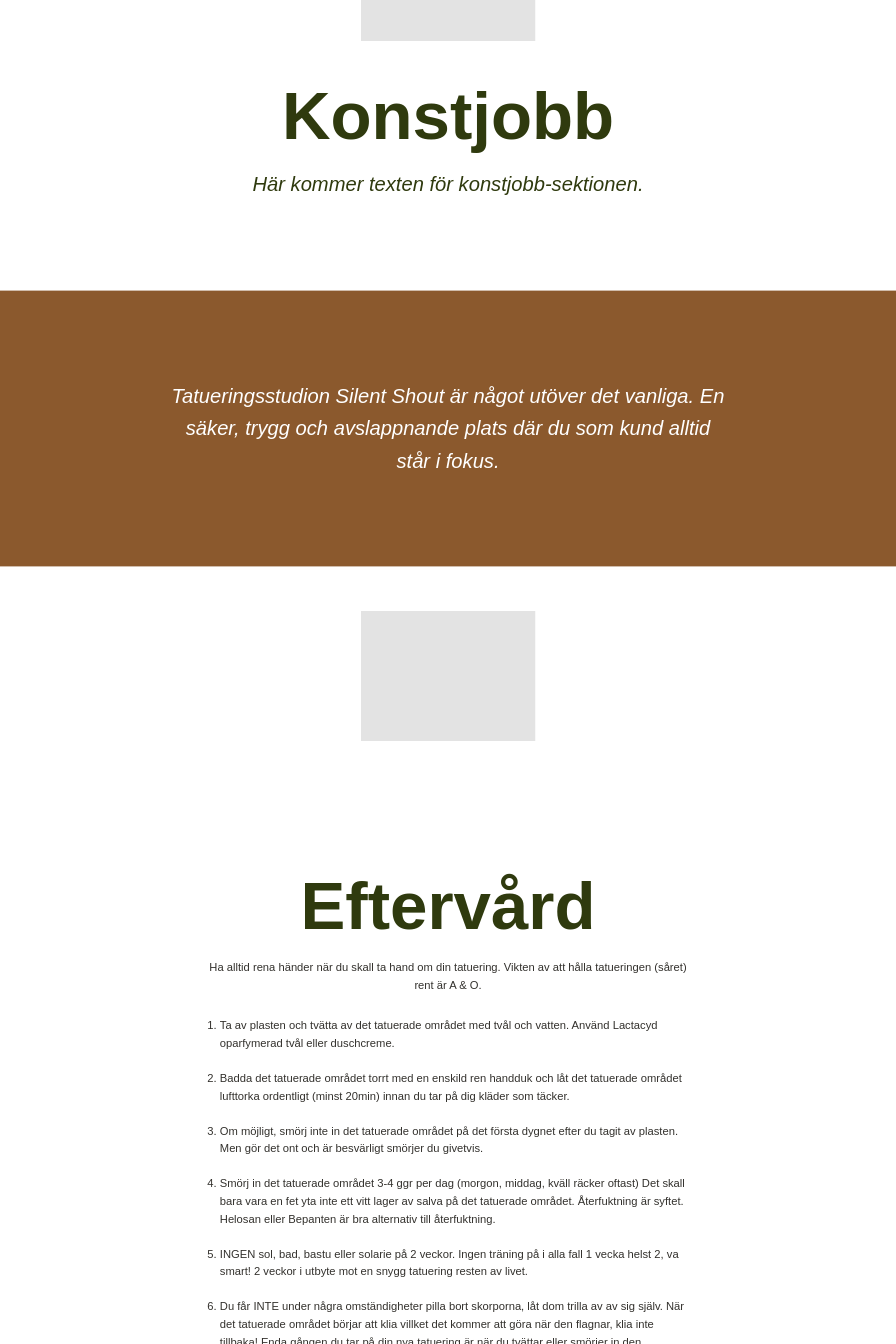
Repository: public-websites/silentshouttattoose
Page: index.html
The author's editor kept a copy of each file at every save. The page is drawn from the files as they stood at one save, then again after a run of saves.
The browser window is 1280 px wide. The pictures show the part of the page from y = 2223 to 4143 px (the page is 8019 px tall before and 8040 px after), at 70% of full size.
Pictures or frames that could not be fetched are drawn as grey boxes. Some web fonts or font styles are not loaded; a fallback is used.

Above is the page before, as saved 2025-08-26 20:17:19.

### index.html
<!DOCTYPE html>
<html lang="sv">
<head>
    <meta charset="UTF-8">
    <meta name="viewport" content="width=device-width, initial-scale=1.0">
    <title>Silent Shout - Den omtänksamma studion</title>
    <meta name="description" content="Tatuerare & konstnär baserad i Alingsås">
    <meta name="theme-color" content="#77772F">
    <meta name="apple-mobile-web-app-status-bar-style" content="black-translucent">

    <!-- Favicon -->
    <link rel="icon" type="image/svg+xml" href="favicon.svg">
    <link rel="icon" type="image/svg+xml" sizes="16x16" href="favicon-16x16.svg">
    <link rel="apple-touch-icon" href="favicon.svg">

    <!-- Fonts -->
    <link rel="preconnect" href="https://fonts.gstatic.com">
    <link rel="preload" href="https://fonts.googleapis.com/css?family=Open+Sans:400,700&display=swap" as="style" type="text/css" crossorigin>
    <link href="https://fonts.googleapis.com/css2?family=Reenie+Beanie&display=swap" rel="stylesheet">

    <!-- Styles -->
    <link rel="stylesheet" href="styles.css">
</head>
<body>
    <!-- Header -->
    <header class="social-header">
        <div class="container">
            <div class="social-icons">
                <a href="https://www.instagram.com/kjell_karamell?igsh=bGJsNGU3dXVlajFx" target="_blank" class="social-icon" aria-label="Instagram">
                    <svg viewBox="0 0 24 24" fill="currentColor">
                        <path d="M12 2.163c3.204 0 3.584.012 4.85.07 3.252.148 4.771 1.691 4.919 4.919.058 1.265.069 1.645.069 4.849 0 3.205-.012 3.584-.069 4.849-.149 3.225-1.664 4.771-4.919 4.919-1.266.058-1.644.07-4.85.07-3.204 0-3.584-.012-4.849-.07-3.26-.149-4.771-1.699-4.919-4.92-.058-1.265-.07-1.644-.07-4.849 0-3.204.013-3.583.07-4.849.149-3.227 1.664-4.771 4.919-4.919 1.266-.057 1.645-.069 4.849-.069zm0-2.163c-3.259 0-3.667.014-4.947.072-4.358.2-6.78 2.618-6.98 6.98-.059 1.281-.073 1.689-.073 4.948 0 3.259.014 3.668.072 4.948.2 4.358 2.618 6.78 6.98 6.98 1.281.058 1.689.072 4.948.072 3.259 0 3.668-.014 4.948-.072 4.354-.2 6.782-2.618 6.979-6.98.059-1.28.073-1.689.073-4.948 0-3.259-.014-3.667-.072-4.947-.196-4.354-2.617-6.78-6.979-6.98-1.281-.059-1.69-.073-4.949-.073zm0 5.838c-3.403 0-6.162 2.759-6.162 6.162s2.759 6.163 6.162 6.163 6.162-2.759 6.162-6.163c0-3.403-2.759-6.162-6.162-6.162zm0 10.162c-2.209 0-4-1.79-4-4 0-2.209 1.791-4 4-4s4 1.791 4 4c0 2.21-1.791 4-4 4zm6.406-11.845c-.796 0-1.441.645-1.441 1.44s.645 1.44 1.441 1.44c.795 0 1.439-.645 1.439-1.44s-.644-1.44-1.439-1.44z"/>
                    </svg>
                </a>
                <a href="https://www.facebook.com/share/1YnnBbFjPi/" target="_blank" class="social-icon" aria-label="Facebook">
                    <svg viewBox="0 0 24 24" fill="currentColor">
                        <path d="M24 12.073c0-6.627-5.373-12-12-12s-12 5.373-12 12c0 5.99 4.388 10.954 10.125 11.854v-8.385H7.078v-3.47h3.047V9.43c0-3.007 1.792-4.669 4.533-4.669 1.312 0 2.686.235 2.686.235v2.953H15.83c-1.491 0-1.956.925-1.956 1.874v2.25h3.328l-.532 3.47h-2.796v8.385C19.612 23.027 24 18.062 24 12.073z"/>
                    </svg>
                </a>
                <a href="mailto:silentshouttattoo@gmail.com" class="social-icon" aria-label="Email">
                    <svg viewBox="0 0 24 24" fill="currentColor">
                        <path d="M20 4H4c-1.1 0-1.99.9-1.99 2L2 18c0 1.1.9 2 2 2h16c1.1 0 2-.9 2-2V6c0-1.1-.9-2-2-2zm0 4l-8 5-8-5V6l8 5 8-5v2z"/>
                    </svg>
                </a>
            </div>
            <div class="cta-buttons">
                <a href="#boka-tid" class="cta-header-button">Boka tid konst</a>
                <a href="#boka-tid" class="cta-header-button active">Boka tid tatuering</a>
            </div>
        </div>
    </header>

    <main>
        <!-- Hero Section -->
        <section class="hero">
            <div class="container">
                <div class="hero-text">
                    <h1 class="hero-welcome">Välkommen</h1>
                    <img src="silentshouttattoo-outline.svg" alt="Silent Shout Tattoo Logo" class="studio-logo">
                    <p class="studio-tagline">Affordable Quality Tattoos</p>
                    <p class="location">Tatuerare & konstnär baserad i Alingsås</p>
                    <a href="#boka-tid" class="cta-button">Skicka förfrågan</a>
                </div>
            </div>
        </section>

        <!-- Story Section -->
        <section class="story-section">
            <div class="container">
                <div class="story-content fade-in">
                    <p class="story-text">
                        Tatueringsstudion Silent Shout är något utöver det vanliga. En säker, trygg och avslappnande plats där du som kund alltid står i fokus.
                    </p>
                    <p class="story-text">
                        Här hittar ni tatueraren och konstnären Kjell Saxberg, kanske mer bekant som "kjell_karamell" en tatuerare med rötterna i den "gamla skolan" där konstnärlig mångsidighet var ett krav för att få ta plats i branschen.
                    </p>
                    <p class="story-text">
                        Kjell har tatuerat professionellt sedan 2012.
Med all den erfarenheten som han har samlat på sig under årens gång har han ett alldeles unikt sätt att se och röra sig inom tatueringskonstens värld.
                        Den 29e juni 2024 öppnades dörrarna till Silent Shout Tattoo som är belägen på Norra Strömgatan 13A i Alingsås.
                    </p>
                    <p class="story-highlight">
                        Varmt välkommen in till tatuering och dess trollbindande värld.
                        <br><br>
                        Medlem i SRT.
                    </p>

                    <!-- Certification Badge -->
                    <div class="certification-badge">
                        <a href="https://s-r-t.se/" target="_blank" aria-label="Sveriges Registrerade Tatuerare">
                            <img src="sveriges-registrerade-tatuerare-badge.jpg" alt="Sveriges Registrerade Tatuerare - Certifierad Tatuerare" class="certification-image">
                        </a>
                    </div>
                </div>
            </div>
        </section>

        <!-- Konstjobb Section -->
        <section class="large-text-section">
            <div class="animated-gif">
                <img src="https://media2.giphy.com/media/v1.Y2lkPTc5MGI3NjExbzJpbTR2cWllN2oxamhwMTZ6MjFmYzZ1czZ1b2Y0cXg3MmRrZDRkbiZlcD12MV9pbnRlcm5hbF9naWZfYnlfaWQmY3Q9Zw/3ohs7UJi7uqAcquQoM/giphy.gif" alt="Animated line drawing" />
            </div>
            <div class="container">
                <h2 class="large-text split fade-in">Konstjobb</h2>
                <p class="philosophy-text">
                    Här kommer texten för konstjobb-sektionen.
                </p>
            </div>
        </section>

        <!-- Philosophy Section -->
        <section class="philosophy-section">
            <div class="container">
                <h3 class="philosophy-text fade-in">
                    Tatueringsstudion Silent Shout är något utöver det vanliga. En säker, trygg och avslappnande plats där du som kund alltid står i fokus.
                </h3>
            </div>
        </section>

        <!-- Animated GIF -->
        <div class="animated-gif">
            <img src="https://media1.giphy.com/media/v1.Y2lkPTc5MGI3NjExb3oyNzAwYWVybXM2d2RmM2xxcXA2eDIxanVuOTFydTJiaXpoYngzOSZlcD12MV9pbnRlcm5hbF9naWZfYnlfaWQmY3Q9Zw/7rZOPP0VYSgWdVHQiv/giphy.gif" alt="Animated line drawing 1" />
        </div>

        <!-- Eftervård Section -->
        <section class="large-text-section">
            <div class="container">
                <h2 class="large-text split fade-in">Eftervård</h2>
                <div class="aftercare-content fade-in">
                    <p class="philosophy-text">
                        Ha alltid rena händer när du skall ta hand om din tatuering. Vikten av att hålla tatueringen (såret) rent är A & O.
                    </p>

                    <ol class="aftercare-list">
                        <li>Ta av plasten och tvätta av det tatuerade området med tvål och vatten. Använd Lactacyd oparfymerad tvål eller duschcreme.</li>
                        <li>Badda det tatuerade området torrt med en enskild ren handduk och låt det tatuerade området lufttorka ordentligt (minst 20min) innan du tar på dig kläder som täcker.</li>
                        <li>Om möjligt, smörj inte in det tatuerade området på det första dygnet efter du tagit av plasten. Men gör det ont och är besvärligt smörjer du givetvis.</li>
                        <li>Smörj in det tatuerade området 3-4 ggr per dag (morgon, middag, kväll räcker oftast) Det skall bara vara en fet yta inte ett vitt lager av salva på det tatuerade området. Återfuktning är syftet. Helosan eller Bepanten är bra alternativ till återfuktning.</li>
                        <li>INGEN sol, bad, bastu eller solarie på 2 veckor. Ingen träning på i alla fall 1 vecka helst 2, va smart! 2 veckor i utbyte mot en snygg tatuering resten av livet.</li>
                        <li>Du får INTE under några omständigheter pilla bort skorporna, låt dom trilla av av sig själv. När det tatuerade området börjar att klia villket det kommer att göra när den flagnar, klia inte tillbaka! Enda gången du tar på din nya tatuering är när du tvättar eller smörjer in den.</li>
                    </ol>

                    <p class="philosophy-text">
                        Tänk alltid rent när du skall ta hand om din nya tatuering. Rena kläder, sängkläder och handduk, ny tvål och hudkräm. Undvik parfym på eller i närheten av tatueringen. Om tatueringen skulle bli infekterad sök vård.
                    </p>
                </div>
            </div>

            <!-- Additional GIF Elements -->
            <div class="animated-gif">
                <img src="https://media1.giphy.com/media/v1.Y2lkPTc5MGI3NjExb3oyNzAwYWVybXM2d2RmM2xxcXA2eDIxanVuOTFydTJiaXpoYngzOSZlcD12MV9pbnRlcm5hbF9naWZfYnlfaWQmY3Q9Zw/7rZOPP0VYSgWdVHQiv/giphy.gif" alt="Animated line drawing 2" />
            </div>
            <div class="animated-gif">
                <img src="https://media1.giphy.com/media/v1.Y2lkPTc5MGI3NjExb3oyNzAwYWVybXM2d2RmM2xxcXA2eDIxanVuOTFydTJiaXpoYngzOSZlcD12MV9pbnRlcm5hbF9naWZfYnlfaWQmY3Q9Zw/7rZOPP0VYSgWdVHQiv/giphy.gif" alt="Animated line drawing 3" />
            </div>
        </section>

        <!-- Booking Section -->
        <section class="booking-section" id="booking">
            <div class="container">
                <h2 class="booking-title fade-in">Boka tid</h2>
                <div class="form-container fade-in">
                    <!-- Profile and Contact Info -->
                    <div class="profile-contact-row">
                        <div class="profile-image-wrapper">
                            <img src="profile.jpg" alt="Silent Shout Tattoo Artist" class="profile-image">
                        </div>
                        <div class="profile-contact-info">
                            <div class="contact-info-section">
                                <h4>Telefon</h4>
                                <p><a href="tel:0760620068">076-062 00 68</a></p>
                                <h4>E-post</h4>
                                <p><a href="mailto:silentshouttattoo@gmail.com">silentshouttattoo@gmail.com</a></p>
                                <h4>Instagram</h4>
                                <p><a href="https://www.instagram.com/kjell_karamell?igsh=bGJsNGU3dXVlajFx" target="_blank">@kjell_karamell</a></p>
                                <h4>Facebook</h4>
                                <p><a href="https://www.facebook.com/share/1YnnBbFjPi/" target="_blank">Silent Shout Tattoo</a></p>
                            </div>
                        </div>
                    </div>

                    <!-- Booking anchor for smooth navigation -->
                    <span id="boka-tid"></span>

                    <!-- Form Toggle Buttons -->
                    <div class="form-toggle">
                        <button class="toggle-btn active" data-form="custom">Snabbformulär</button>
                        <button class="toggle-btn" data-form="google">Detaljerat Formulär</button>
                    </div>

                    <!-- Custom Form -->
                    <form class="custom-form" id="contactForm" method="POST" action="/send-email">
                        <div class="form-intro">
                            <h3>Har du frågor eller vill du boka tid? Fyll i formuläret så kontaktar vi dig så fort vi kan.</h3>
                        </div>

                        <div class="form-fields">
                            <div class="form-row">
                                <div class="form-group">
                                    <input type="text" id="name" name="name" placeholder="Namn" required>
                                </div>
                                <div class="form-group">
                                    <input type="email" id="email" name="email" placeholder="E-post" required>
                                </div>
                            </div>
                            <div class="form-row">
                                <div class="form-group">
                                    <input type="tel" id="phone" name="phone" placeholder="Telefon" required>
                                </div>
                                <div class="form-group">
                                    <textarea id="message" name="message" rows="4" placeholder="Meddelande"></textarea>
                                </div>
                            </div>
                            <div class="checkbox-group">
                                <input type="checkbox" id="privacy" name="privacy" required>
                                <label for="privacy">
                                    Jag accepterar <a href="#" target="_blank">Hantering av personuppgifter</a>
                                </label>
                            </div>
                            <button type="submit" class="submit-button">SKICKA</button>
                        </div>
                    </form>

                    <!-- Google Forms Container -->
                    <div class="google-form-container" style="display: none;">
                        <div class="form-loading" id="formLoading">
                            <div class="spinner"></div>
                            <p>laddar formulär...</p>
                        </div>
                        <iframe
                            src="https://docs.google.com/forms/d/e/1FAIpQLSe5F3VtygnRylmXwHNeTswBMIdDoRpoEf7FgPYu2_uIHeA4zQ/viewform?embedded=true&vc=0&c=0&w=1&flr=0"
                            frameborder="0"
                            marginheight="0"
                            marginwidth="0"
                            onload="hideLoading()"
                            style="display: none;"
                            id="bookingForm">
                            Laddar...
                        </iframe>
                    </div>
                </div>
            </div>
        </section>

        <!-- Reviews Section -->
        <section class="stories-section">
            <div class="container">
                <h2 class="stories-title fade-in">Recensioner</h2>
                <div class="story-card fade-in">
                    <p>
                        "Kjell är en fantastiskt duktig, trevlig och professionell tatuerare. Hans kärlek till denna konstform lyser verkligen igenom.
                        Alltid mycket god stämning i studion, trevlig att prata med, tar väl hand om sina kunder och lyssnar och löser önskemål enkelt.
                        Duktig på customs och har mängder av fina flashmotiv.

                        Kan rekommendera alla ett besök hos Kjell, vare sig en vill ha något stort eller litet, avancerat eller enkelt."
                    </p>
                </div>
                <div class="review-heart">🧡</div>
                </div>
            </div>
        </section>
    </main>

    <!-- Footer -->
    <footer class="social-footer">
        <div class="container">
            <img src="silentshouttattoo-infill-white.svg" alt="Silent Shout Tattoo Logo" class="studio-logo">
            <div class="contact-info">
                <p><a href="mailto:silentshouttattoo@gmail.com">silentshouttattoo@gmail.com</a></p>
                <p><a href="tel:0760620068">076-062 00 68</a></p>
                <p>Norra Strömgatan 13A, Alingsås</p>
                <br>
                <p style="padding-bottom: 1.5em;"><a href="https://www.instagram.com/kjell_karamell?igsh=bGJsNGU3dXVlajFx" target="_blank">Följ uppdateringar på Instagram för gästplatser</a></p>
            </div>
            <div class="social-icons">
                <a href="https://www.instagram.com/kjell_karamell?igsh=bGJsNGU3dXVlajFx" target="_blank" class="social-icon" aria-label="Instagram">
                    <svg viewBox="0 0 24 24" fill="currentColor">
                        <path d="M12 2.163c3.204 0 3.584.012 4.85.07 3.252.148 4.771 1.691 4.919 4.919.058 1.265.069 1.645.069 4.849 0 3.205-.012 3.584-.069 4.849-.149 3.225-1.664 4.771-4.919 4.919-1.266.058-1.644.07-4.85.07-3.204 0-3.584-.012-4.849-.07-3.26-.149-4.771-1.699-4.919-4.92-.058-1.265-.07-1.644-.07-4.849 0-3.204.013-3.583.07-4.849.149-3.227 1.664-4.771 4.919-4.919 1.266-.057 1.645-.069 4.849-.069zm0-2.163c-3.259 0-3.667.014-4.947.072-4.358.2-6.78 2.618-6.98 6.98-.059 1.281-.073 1.689-.073 4.948 0 3.259.014 3.668.072 4.948.2 4.358 2.618 6.78 6.98 6.98 1.281.058 1.689.072 4.948.072 3.259 0 3.668-.014 4.948-.072 4.354-.2 6.782-2.618 6.979-6.98.059-1.28.073-1.689.073-4.948 0-3.259-.014-3.667-.072-4.947-.196-4.354-2.617-6.78-6.979-6.98-1.281-.059-1.69-.073-4.949-.073zm0 5.838c-3.403 0-6.162 2.759-6.162 6.162s2.759 6.163 6.162 6.163 6.162-2.759 6.162-6.163c0-3.403-2.759-6.162-6.162-6.162zm0 10.162c-2.209 0-4-1.79-4-4 0-2.209 1.791-4 4-4s4 1.791 4 4c0 2.21-1.791 4-4 4zm6.406-11.845c-.796 0-1.441.645-1.441 1.44s.645 1.44 1.441 1.44c.795 0 1.439-.645 1.439-1.40s-.644-1.44-1.439-1.44z"/>
                    </svg>
                </a>
                <a href="https://www.facebook.com/share/1YnnBbFjPi/" target="_blank" class="social-icon" aria-label="Facebook">
                    <svg viewBox="0 0 24 24" fill="currentColor">
                        <path d="M24 12.073c0-6.627-5.373-12-12-12s-12 5.373-12 12c0 5.99 4.388 10.954 10.125 11.854v-8.385H7.078v-3.47h3.047V9.43c0-3.007 1.792-4.669 4.533-4.669 1.312 0 2.686.235 2.686.235v2.953H15.83c-1.491 0-1.956.925-1.956 1.874v2.25h3.328l-.532 3.47h-2.796v8.385C19.612 23.027 24 18.062 24 12.073z"/>
                    </svg>
                </a>
                <a href="mailto:silentshouttattoo@gmail.com" class="social-icon" aria-label="Email">
                    <svg viewBox="0 0 24 24" fill="currentColor">
                        <path d="M20 4H4c-1.1 0-1.99.9-1.99 2L2 18c0 1.1.9 2 2 2h16c1.1 0 2-.9 2-2V6c0-1.1-.9-2-2-2zm0 4l-8 5-8-5V6l8 5 8-5v2z"/>
                    </svg>
                </a>
            </div>
        </div>
    </footer>

    <!-- Scroll to Top Button -->
    <button id="scrollToTop" class="scroll-to-top" aria-label="Scrolla till toppen">
        <svg viewBox="0 0 24 24" fill="currentColor">
            <path d="M7.41 15.41L12 10.83l4.59 4.58L18 14l-6-6-6 6z"/>
        </svg>
    </button>

    <script src="script.js"></script>
</body>
</html>

Loaded but not shown: script.js (156 lines, source omitted); styles.css (1121 lines, source omitted)

After the next 2 saves:
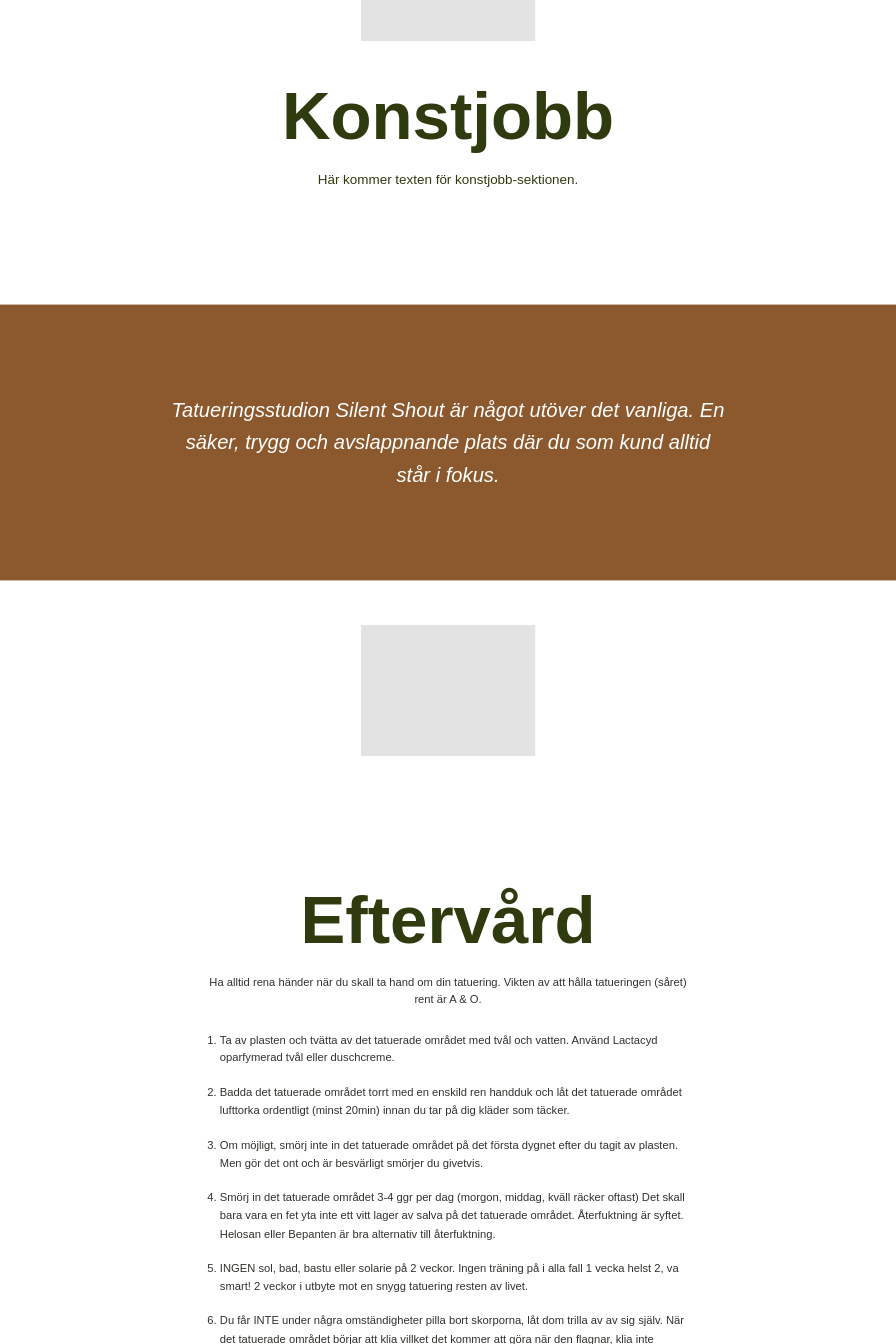
The 2 saves are shown as one change because they came seconds apart.
The last was saved 3 min 19 s later.
--- a/index.html
+++ b/index.html
@@ -101,7 +101,7 @@
             </div>
             <div class="container">
                 <h2 class="large-text split fade-in">Konstjobb</h2>
-                <p class="philosophy-text">
+                <p class="story-text">
                     Här kommer texten för konstjobb-sektionen.
                 </p>
             </div>
